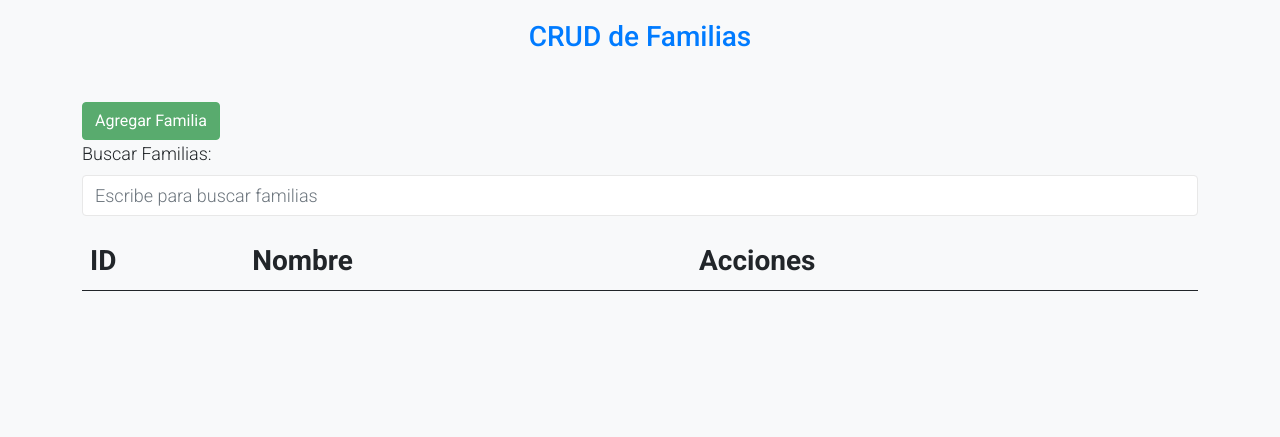
Repository: Yaqode/front-fama
Page: Views/Familias.html
An editor plug-in stored every save of this project. The page is shown before and after a run of saves, followed by the edit.
The browser window is 1280 px wide. The pictures show the whole page.
The page's requests for data from a server got no answer. Some web libraries are served in a nearby version.

Above is the page before, as saved 2023-12-19 11:31:10.

### Views/Familias.html
<!DOCTYPE html>
<html lang="en">
<head>
    <meta charset="UTF-8">
    <meta name="viewport" content="width=device-width, initial-scale=1.0">
    <title>Document</title>
    <link rel="apple-touch-icon" href="img/apple-icon.png">
    <link rel="shortcut icon" type="image/x-icon" href="img/favicon.ico">
    <link rel="stylesheet" href="./../css/bootstrap.min.css">
    <link rel="stylesheet" href="./../css/templatemo.css">
    <link rel="stylesheet" href="./../css/style.css">
    <!-- Load fonts style after rendering the layout styles -->
    <link rel="stylesheet"
        href="https://fonts.googleapis.com/css2?family=Roboto:wght@100;200;300;400;500;700;900&display=swap">
    <link rel="stylesheet" href="./../css/fontawesome.min.css">
    <!-- Enlace al archivo header.html -->
  <link rel="import" href="header_admin.html">
</head>
<body>

<style>
    body {
        margin-top: 0; /* Elimina el espacio en blanco en la parte superior del cuerpo */
        background-color: #F8F9FA;
        font-family: 'Georgia', serif;
    }

    /* Estilos adicionales según sea necesario */
    iframe {
        margin-top: 0; /* Ajusta la posición del iframe */
    }

    .container {
        margin-top: 20px; /* Ajusta el margen superior según sea necesario */
    }
    .btn-custom {
        background-color: #F8F9FA; /* Cambia este valor al color que desees */
        color: #030303; /* Cambia este valor al color que desees para el texto */
    }

    .custom-menu {
        background-color: #ffffff; /* Cambia este valor al color que desees para el menú desplegable */
    }
    /* Asegúrate de incluir este CSS en tu archivo de estilo o en el encabezado de tu HTML */
    #agregarDropdown:hover .dropdown-menu {
        display: block;
    }

    body {
        background-color: #f8f9fa;
        font-family: 'Georgia', serif;
    }

    .containerr {
        margin-top: 50px;
        background-color: #ffffff;
        padding: 30px;
        border-radius: 10px;
    }

    h2 {
        text-align: center;
        color: #007bff;
        font-size: 28px;
    }

    .btn-agregar {
        background-color: #28a745;
        color: #ffffff;
    }

    .btn-editar,
    .btn-eliminar {
        background-color: #28a745;
        color: #ffffff;
        border-radius: 20px;
        font-size: 25px;
    }

    .btn-eliminar {
        background-color: #dc3545;
        /* Cambiado a rojo */
    }

    /* Aumentar el tamaño de la letra en la tabla */
    table {
        font-size: 28px;
    }
</style>




<div class="container">
    <h2 class="mb-4">CRUD de Familias</h2>

    <!-- Botón para abrir el modal de agregar submarca -->
    <button type="button" class="btn btn-success text-white mt-4" data-bs-toggle="modal"
        data-bs-target="#modalFamilias">
        Agregar Familia
    </button>
    <!-- Agrega esto donde desees en tu HTML, por ejemplo, encima de tu tabla de familias -->
    <div class="mb-3">
        <label for="buscadorFamiliasInput" class="form-label">Buscar Familias:</label>
        <input type="text" class="form-control" id="buscadorFamiliasInput" oninput="filtrarTablaFamilias()" placeholder="Escribe para buscar familias">
    </div>
    <!-- Tabla para mostrar las submarcas -->
    <table id="tablaFamilias" class="table">
        <thead>
            <tr>
                <th>ID</th>
                <th>Nombre</th>
                <th>Acciones</th>
            </tr>
        </thead>
        <tbody>
            <!-- Aquí se agregarán las filas de Familias dinámicamente desde el servidor -->

        </tbody>
    </table>
</div>

<!-- Modal para agregar Familias -->
<div class="modal fade" id="modalFamilias" tabindex="-1" aria-labelledby="exampleModalLabel" aria-hidden="true">
    <div class="modal-dialog modal-lg">
        <div class="modal-content">
            <div class="modal-header">
                <h1 class="modal-title fs-5" id="exampleModalLabel">Agregar Familias</h1>
                <button type="button" class="btn-close" data-bs-dismiss="modal" aria-label="Close"></button>
            </div>
            <div class="modal-body">
                <!-- Formulario para agregar Familiaa -->
                <form id="FamiliaForm">
                    <div class="mb-3">
                        <label for="familiaInput" class="form-label">Nombre de la Familia:</label>
                        <input type="text" class="form-control" id="familiaInput" required>
                    </div>
                </form>
            </div>
            <div class="modal-footer">
                <button type="button" class="btn btn-secondary" data-bs-dismiss="modal">Cerrar</button>
                <button type="button" class="btn btn-primary" onclick="guardarFamilia()">Guardar</button>
            </div>
        </div>
    </div>
</div>

<!-- Modal para editar Familias -->
<div class="modal fade" id="modalEditarFamilias" tabindex="-1" role="dialog" aria-labelledby="modalEditarFamiliasLabel"
    aria-hidden="true">
    <div class="modal-dialog modal-lg">
        <div class="modal-content">
            <div class="modal-header">
                <h1 class="modal-title fs-5" id="exampleModalLabel">Editar Familias</h1>
                <button type="button" class="btn-close" data-bs-dismiss="modal" aria-label="Close"></button>
            </div>
            <div class="modal-body">
                <!-- Formulario para edtar Familiaa -->
                <form id="FamiliaForm">
                    <div class="mb-3">
                        <label for="familiaInput" class="form-label">Nombre de la Familia:</label>
                        <input type="text" class="form-control" id="familiaInput" required>
                    </div>
                </form>
            </div>
            <div class="modal-footer">
                <button type="button" class="btn btn-secondary" data-bs-dismiss="modal">Cerrar</button>
                <button type="button" class="btn btn-primary" onclick="editarFamilia()">Guardar</button>
            </div>
        </div>
    </div>
</div>

<!-- Modal para eliminar familias -->
<div class="modal fade" id="modalEliminarFamilias" tabindex="-1" role="dialog" aria-labelledby="modalEliminarfamiliaLabel" aria-hidden="true">
    <div class="modal-dialog" role="document">
        <div class="modal-content">
            <div class="modal-header">
                <h5 class="modal-title" id="modalEliminarFamiliaLabel">Eliminar Familia</h5>
                <button type="button" class="btn-close" data-bs-dismiss="modal" aria-label="Close"></button>
            </div>
            <div class="modal-body">
                <p>¿Deseas eliminar esta familia?</p>
            </div>
            <div class="modal-footer">
            <button type="button" class="btn btn-secondary" data-bs-dismiss="modal">Cancelar</button>
            <button type="button" class="btn btn-danger" onclick="eliminarFamilia()">Eliminar</button>
            </div>
        </div>
    </div>
</div>


<!-- Agrega los enlaces a Bootstrap JS y Popper.js -->
<script src="./../js/jquery-1.11.0.min.js"></script>
<script src="./../js/bootstrap.bundle.min.js"></script>
<script src="./../js/jquery-migrate-1.2.1.min.js"></script>
<script src="./../js/funciones_js/familias.js"></script>
<script src="./../js/funciones_js/header.js"></script>
<script src="./../js/templatemo.js"></script>
<script src="./../js/custom.js"></script>




</body>
</html>

### css/templatemo.css
/*

TemplateMo 559 Zay Shop

https://templatemo.com/tm-559-zay-shop

---------------------------------------------
Table of contents
------------------------------------------------
1. Typography
2. General
3. Nav
4. Hero Carousel
5. Accordion
6. Shop
7. Product
8. Carousel Hero
9. Carousel Brand
10. Services
11. Contact map
12. Footer
13. Small devices (landscape phones, 576px and up)
14. Medium devices (tablets, 768px and up)
15. Large devices (desktops, 992px and up)
16. Extra large devices (large desktops, 1200px and up)
--------------------------------------------- */




/* Typography */
body, ul, li, p, a, label, input, div {
  font-family: 'Roboto', sans-serif;
  font-size: 18px !important;
  font-weight: 300 !important;
}
.h1 {
  font-family: 'Roboto', sans-serif;
  font-size: 48px !important;
  font-weight: 200 !important;
}
.h2 {
  font-family: 'Roboto', sans-serif;
  font-size: 30px !important;
  font-weight: 300;
}
.h3 {
  font-family: 'Roboto', sans-serif;
  font-size: 22px !important;
}
/* General */
.logo { font-weight: 500 !important;}
.text-warning {  color: #ede861 !important;}
.text-muted { color: #bcbcbc !important;}
.text-success { color: #59ab6e !important;}
.text-light { color: #cfd6e1 !important;}
.bg-dark { background-color: #212934 !important;}
.bg-light { background-color: #e9eef5 !important;}
.bg-black { background-color: #1d242d !important;}
.bg-success { background-color: #59ab6e !important;}
.btn-success {
  background-color: #59ab6e !important;
  border-color: #56ae6c !important;
}
.pagination .page-link:hover {color: #000;}
.pagination .page-link:hover, .pagination .page-link.active {
  background-color: #69bb7e;
  color: #fff;
}
/* Nav */
#templatemo_nav_top { min-height: 40px;}
#templatemo_nav_top * { font-size: .9em !important;}
#templatemo_main_nav a { color: #212934;}
#templatemo_main_nav a:hover { color: #69bb7e;}
#templatemo_main_nav .navbar .nav-icon { margin-right: 20px;}

/* Hero Carousel */
#template-mo-zay-hero-carousel { background: #efefef !important;}
/* Accordion */
.templatemo-accordion a { color: #000;}
.templatemo-accordion a:hover { color: #333d4a;}
/* Shop */
.shop-top-menu a:hover { color: #69bb7e !important;}
/* Product */
.product-wap { box-shadow: 0px 5px 10px 0px rgba(0, 0, 0, 0.10);}
.product-wap .product-color-dot.color-dot-red { background:#f71515;}
.product-wap .product-color-dot.color-dot-blue { background:#6db4fe;}
.product-wap .product-color-dot.color-dot-black { background:#000000;}
.product-wap .product-color-dot.color-dot-light { background:#e0e0e0;}
.product-wap .product-color-dot.color-dot-green { background:#0bff7e;}
.card.product-wap .card .product-overlay {
  background: rgba(0,0,0,.2);
  visibility: hidden;
  opacity: 0;
  transition: .3s;
}
.card.product-wap:hover .card .product-overlay {
  visibility: visible;
  opacity: 1;
}
.card.product-wap a { color: #000;}
#carousel-related-product .slick-slide:focus { outline: none !important;}
#carousel-related-product .slick-dots li button:before {
  font-size: 15px;
  margin-top: 20px;
}
/* Brand */
.brand-img {
  filter: grayscale(100%);
  opacity: 0.5;
  transition: .5s;
}
.brand-img:hover {
  filter: grayscale(0%);
  opacity: 1;
}
/* Carousel Hero */
#template-mo-zay-hero-carousel .carousel-indicators li {
  margin-top: -50px;
  background-color: #59ab6e;
}
#template-mo-zay-hero-carousel .carousel-control-next i,
#template-mo-zay-hero-carousel .carousel-control-prev i {
  color: #59ab6e !important;
  font-size: 2.8em !important;
}
/* Carousel Brand */
.tempaltemo-carousel .h1 {
  font-size: .5em !important;
  color: #000 !important;
}
/* Services */
.services-icon-wap {transition: .3s;}
.services-icon-wap:hover, .services-icon-wap:hover i {color: #fff;}
.services-icon-wap:hover {background: #69bb7e;}
/* Contact map */
.leaflet-control a, .leaflet-control { font-size: 10px !important;}
.form-control { border: 1px solid #e8e8e8;}
/* Footer */
#tempaltemo_footer a { color: #dcdde1;}
#tempaltemo_footer a:hover { color: #68bb7d;}
#tempaltemo_footer ul.footer-link-list li { padding-top: 10px;}
#tempaltemo_footer ul.footer-icons li {
  width: 2.6em;
  height: 2.6em;
  line-height: 2.6em;
}
#tempaltemo_footer ul.footer-icons li:hover {
  background-color: #cfd6e1;
  transition: .5s;
}
#tempaltemo_footer ul.footer-icons li:hover i {
  color: #212934;
  transition: .5s;
}
#tempaltemo_footer .border-light { border-color: #2d343f !important;}
/*
// Extra small devices (portrait phones, less than 576px)
// No media query since this is the default in Bootstrap
*/
/* Small devices (landscape phones, 576px and up)*/
.product-wap .h3, .product-wap li, .product-wap i, .product-wap p {
  font-size: 12px !important;
}
.product-wap .product-color-dot {
  width: 6px;
  height: 6px;
}

@media (min-width: 576px) {
  .tempaltemo-carousel .h1 { font-size: 1em !important;}
}

/*// Medium devices (tablets, 768px and up)*/
@media (min-width: 768px) {
  #templatemo_main_nav .navbar-nav {max-width: 450px;}
 }

/* Large devices (desktops, 992px and up)*/
@media (min-width: 992px) {
  #templatemo_main_nav .navbar-nav {max-width: 550px;}
  #template-mo-zay-hero-carousel .carousel-item {min-height: 30rem !important;}
  .product-wap .h3, .product-wap li, .product-wap i, .product-wap p {font-size: 18px !important;}
  .product-wap .product-color-dot {
    width: 12px;
    height: 12px;
  }
}

/* Extra large devices (large desktops, 1200px and up)*/
@media (min-width: 1200px) {}

### Views/header_admin.html
<!DOCTYPE html>
<html lang="en">

<head>
    <meta charset="utf-8">
    <title>EShopper - Bootstrap Shop Template</title>
    <meta content="width=device-width, initial-scale=1.0" name="viewport">
    <meta content="Free HTML Templates" name="keywords">
    <meta content="Free HTML Templates" name="description">

    <!-- Favicon -->
    <link href="img/favicon.ico" rel="icon">

    <!-- Google Web Fonts -->
    <link rel="preconnect" href="https://fonts.gstatic.com">
    <link href="https://fonts.googleapis.com/css2?family=Poppins:wght@100;200;300;400;500;600;700;800;900&display=swap"
        rel="stylesheet">

    <!-- Font Awesome -->
    <link href="https://cdnjs.cloudflare.com/ajax/libs/font-awesome/5.10.0/css/all.min.css" rel="stylesheet">

    <!-- Libraries Stylesheet -->
    <link href="lib/owlcarousel/assets/owl.carousel.min.css" rel="stylesheet">
    <link href="https://stackpath.bootstrapcdn.com/bootstrap/4.5.2/css/bootstrap.min.css" rel="stylesheet">

    <!-- Customized Bootstrap Stylesheet -->
    <link href="./../css/style_header.css" rel="stylesheet">
</head>

<style>
    * {
        margin: 0;
        padding: 0;
        box-sizing: border-box;
      }

      body {
        font-family: Arial, Helvetica, sans-serif;
      }

      .nav {
        list-style: none;
      }

      .nav > li {
        float: left;
        position: relative;
      }

      .nav li a {
        background-color: #000;
        color: #fff;
        text-decoration: none;
        padding: 10px 12px;
        display: block;
      }

      .nav li a:hover {
        background-color: #434343;
      }

      .nav li ul {
        display: none;
        position: absolute;
        min-width: 140px;
        top: 100%;
        left: 0;
      }

      .nav li ul li {
        position: relative;
      }

      .nav li:hover > ul {
        display: block;
      }

      .nav li ul li:hover > ul {
        display: block;
        left: 100%;
        top: 0;
      }

    body {
        font-family: Arial, Helvetica, sans-serif;
    }

    .nav {
        list-style: none;
    }

    .nav>li {
        float: left;
        position: relative;
    }

    .nav li a {
        background-color: #ffffff;
        color: #000000;
        text-decoration: none;
        padding: 10px 12px;
        display: block;
    }

    .nav li a:hover {
        background-color: #b46239;
    }

    .nav li ul {
        display: none;
        position: absolute;
        min-width: 140px;
        top: 100%;
        left: 0;
    }

    .nav li ul li {
        position: relative;
    }

    .nav li ul li ul {
        left: 100%;
        top: 0;
    }

    .nav li:hover>ul {
        display: block;
    }

    .nav li ul li:hover>ul {
        display: block;
        left: 100%;
        top: 0;
    }

    body {
        font-family: 'Arial', sans-serif;
        margin: 0;
        padding: 0;
    }

    .navbar {
        background-color: #f8f9fa;
        padding: 10px 20px;
    }

    .navbar a {
        text-decoration: none;
        color: #000;
        padding: 8px 16px;
        display: inline-block;
    }

    .dropdown {
        display: inline-block;
        position: relative;
    }

    .dropdown-content {
        display: none;
        position: absolute;
        background-color: #f8f9fa;
        box-shadow: 0 8px 16px rgba(0, 0, 0, 0.1);
        z-index: 1;
    }

    .dropdown:hover .dropdown-content {
        display: block;
    }

    .dropdown-content a {
        color: #000;
        padding: 12px 16px;
        display: block;
    }

    .dropdown-content a:hover {
        background-color: #ddd;
    }
</style>

<body>
    <!-- Topbar Start -->
    <div class="container-fluid">

        <div class="row align-items-center py-3 px-xl-5">
            <div class="col-lg-3 d-none d-lg-block">
                <a href="" class="text-decoration-none">
                    <h1 class="m-0 display-5 font-weight-semi-bold"><span
                            class="text-primary font-weight-bold border px-3 mr-1">FERRE - FAMA</span></h1>
                </a>
            </div>
            <div class="col-lg-6 col-6 text-left">
                <form action="">
                    <div class="input-group">
                        <input type="text" class="form-control" placeholder="Search for products">
                        <div class="input-group-append">
                            <span class="input-group-text bg-transparent text-primary">
                                <i class="fa fa-search"></i>
                            </span>
                        </div>
                    </div>
                </form>
            </div>
            <div class="col-lg-3 col-6 text-right">
                <a href="" class="btn border">
                    <i class="fas fa-shopping-cart text-primary"></i>
                </a>
            </div>
        </div>
    </div>
    <!-- Topbar End -->


    <!-- Navbar Start -->
    <div class="container-fluid mb-5">
        <div class="row border-top px-xl-5">
            <div class="col-lg-9">
                <nav class="navbar navbar-expand-lg bg-light navbar-light py-3 py-lg-0 px-0">
                    <a href="" class="text-decoration-none d-block d-lg-none">
                        <h1 class="m-0 display-5 font-weight-semi-bold"><span
                                class="text-primary font-weight-bold border px-3 mr-1">E</span>Shopper</h1>
                    </a>
                    <button type="button" class="navbar-toggler" data-toggle="collapse" data-target="#navbarCollapse">
                        <span class="navbar-toggler-icon"></span>
                    </button>
                    <div class="collapse navbar-collapse justify-content-between" id="navbarCollapse">
                        <div class="navbar-nav mr-auto py-0">
                            <!-- Dropdown Start -->
                            <div class="nav-item dropdown">
                                <div>
                                    <ul class="nav">
                                      <li><a href="#">Familias</a>
                                        <ul id="familiasMenu">
                                          <!-- Familias se llenará dinámicamente -->
                                        </ul>
                                      </li>
                                    </ul>
                                  </div>

                            </div>
                            <a href="#" class="nav-item nav-link">Compras</a>
                        </div>
                </nav>
            </div>
            <div class="col-lg-3 d-flex justify-content-end align-items-center">
                <div class="navbar-nav ml-2 py-2">
                    <a href="#" class="nav-item nav-link text-dark">Login</a>
                    <a href="#" class="nav-item nav-link text-dark">Register</a>
                </div>
            </div>
        </div>
        <hr class="my-8">
    </div>
    <!-- Navbar End -->



    <!-- Back to Top -->
    <a href="#" class="btn btn-primary back-to-top"><i class="fa fa-angle-double-up"></i></a>


    <!-- JavaScript Libraries -->

    <script src="https://code.jquery.com/jquery-3.4.1.min.js"></script>
    <!-- Agrega los scripts de Bootstrap (Bootstrap 5) -->
    <script src="https://cdn.jsdelivr.net/npm/bootstrap@5.3.0/dist/js/bootstrap.bundle.min.js"></script>
    <script src="./../js/funciones_js/header_admin.js"> </script>
    <script src="lib/easing/easing.min.js"></script>
    <script src="lib/owlcarousel/owl.carousel.min.js"></script>
    <!-- Contact Javascript File -->
    <script src="mail/jqBootstrapValidation.min.js"></script>

</body>

</html>

Loaded but not shown: css/bootstrap.min.css (library); css/fontawesome.min.css (library); js/jquery-1.11.0.min.js (library); js/bootstrap.bundle.min.js (library); js/jquery-migrate-1.2.1.min.js (library); css/owl.carousel.min.css (library); css/style_header.css (library); js/owl.carousel.min.js (library); js/funciones_js/familias.js (150 lines, source omitted); js/funciones_js/header_admin.js (82 lines, source omitted); js/templatemo.js (57 lines, source omitted); js/funciones_js/header.js (3 lines, source omitted); css/style.css (1719 lines, source omitted); js/custom.js (no stored copy; drawn as an empty file)

After the next 2 saves:
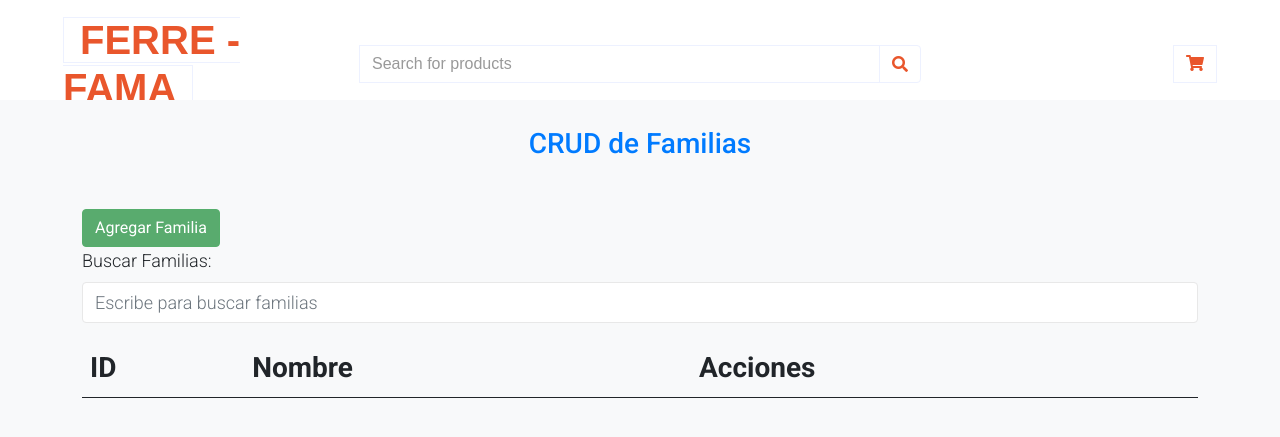
The 2 saves are shown as one change because they came seconds apart.
The last was saved 81 s later.
--- a/Views/Familias.html
+++ b/Views/Familias.html
@@ -88,7 +88,8 @@
     }
 </style>
 
-
+  <!-- Incluir el iframe con el header -->
+  <iframe src="header_admin.html" width="100%" height="100"></iframe>
 
 
 <div class="container">
